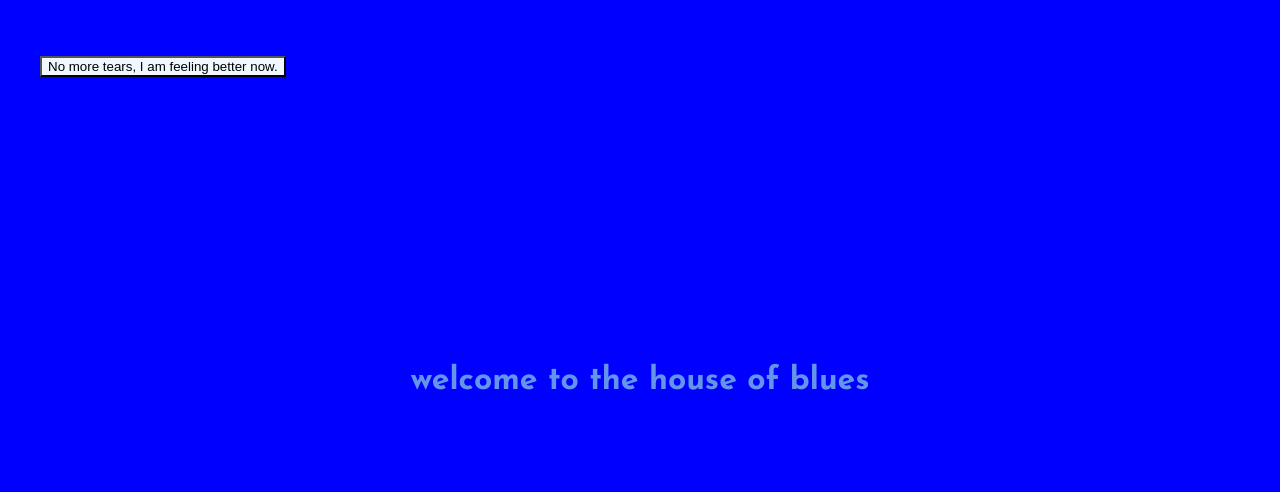
Repository: olivia-clarkeedwards/house-of-blues
Page: index.html
An editor plug-in stored every save of this project. The page is shown before and after a run of saves, followed by the edit.
The browser window is 1280 px wide. The pictures show the whole page.

Above is the page before, as saved 2023-02-16 12:43:23.

### index.html
<!DOCTYPE html>
<html>
  <head>
    <title>house of blues</title>
    <link rel="stylesheet" href="main.css">
    <link rel="preconnect" href="https://fonts.googleapis.com">
    <link rel="preconnect" href="https://fonts.gstatic.com" crossorigin>
    <link href="https://fonts.googleapis.com/css2?family=Josefin+Sans:wght@700&display=swap" rel="stylesheet">
  </head>
  <body id = 'background'>
      <h1 id = 'main-title'>welcome to the house of blues</h1>
      <p id="audio"></p>
      <button>No more tears, I am feeling better now.</button>
  </body>
  <script src="index.js" type="text/javascript"></script>
</html>

### main.css
body {
  color: cornflowerblue;
  background-color: blue;
  margin: 0;
  padding: 0;
  height: 100%;
  width: 100%;
  font-family: 'Josefin Sans', sans-serif;
}

* {
  box-sizing: border-box;
}

h1 {
  position: absolute;
  top: 50%;
  left: 50%;
  transform: translate(-50%, -50%);
  user-select: none;
}

p {
  display: hidden;
}

button{
  position: absolute;
  margin:40px;
  background-color: aliceblue;
}

.drop {
  width: 20px;
  height: 20px;
  position: fixed;
  border-radius: 80% 0 55% 50% / 55% 0 80% 50%;
  z-index: -1;
  top: -1vh;
  font-size: 2rem;
  background-color: rgba(0, 255, 255, 0.406);
  transform: translateY(0);
  animation: fall 10s linear forwards;
  transform: rotate(-45deg);

  /* Remove ability to highlight drops */
  -webkit-touch-callout: none;
  -webkit-user-select: none;
  -khtml-user-select: none;
  -moz-user-select: none;
  -ms-user-select: none;
  user-select: none;
}

@keyframes fall {
  to {
    transform: translateY(101vh);
  }
}

### index.js
/*--------------------------------------/
    Welcome to the house of blues
/--------------------------------------*/
// Copyright 2023 Olivia Clarke-Edwards. //

const mainTitle = document.getElementById('main-title')
const background = document.getElementById('background')
const audioBG = document.getElementById('audio')

let count = 0
const featureTime = 3
const numEggs = 2 //to add a feature, increment this number by 1 and add feature to blueEasterEgg function in the switch statement

document.onclick = changeBlues

function changeBlues() {
  mainTitle.style.color = getRandomBlueColor()
  background.style.backgroundColor = getRandomBlueColor()
  if (count == featureTime) {
    blueEasterEgg()
    count = 0
  }
  count++
}

function getRandomBlueColor() {
  let hue = Math.floor(Math.random() * 30 + 185)
  let saturation = Math.floor(Math.random() * 60 + 40)
  let lightness = Math.floor(Math.random() * 60 + 20)
  return `hsl(${hue}, ${saturation}%, ${lightness}%)`
}

function blueEasterEgg() {
  let randomEgg = getRandom(numEggs)
  console.log(randomEgg);
  switch (randomEgg) {
    case 0:
      heyBaby()
      if (mainTitle.innerHTML === "let those teardrops fall") {
        setInterval(generateTearDrops, 200);

      }
      break
    case 1:
      heyBaby()
      if (mainTitle.innerHTML === "let those teardrops fall") {
        setInterval(generateTearDrops, 200);
      }
      ettaJ()
      break
  }
  //add extra features here
}

function getRandom(max) {
  return Math.floor(Math.random() * max)
}

const sayingsArray = [
  'let it out',
  "hey baby, don't worry,<br> it ain't nothing but the blues",
  'let those teardrops fall',
  'just cry, darling',
]

function heyBaby() {
  mainTitle.innerHTML = sayingsArray[getRandom(sayingsArray.length)]
}

function ettaJ() {
  if (!audioBG.classList.contains('etta')) {
    let ettaJames =
      '<audio autoplay loop src="etta-james-id-rather-go-blind.wav" type="audio/wav" alt="Etta James - I\'d Rather Go Blind">No Sound</audio>'
    audioBG.innerHTML = ettaJames
    audioBG.classList.add('etta')
  }
}

function generateTearDrops (params) {
  const drop = document.createElement("div");
  drop.classList.add("drop")
  drop.style.left = Math.random() * 100 + "vw";
  drop.style.animationDuration =  Math.random() * 2 + 2 + "s"
  document.body.appendChild(drop)

}

After the next 6 saves:
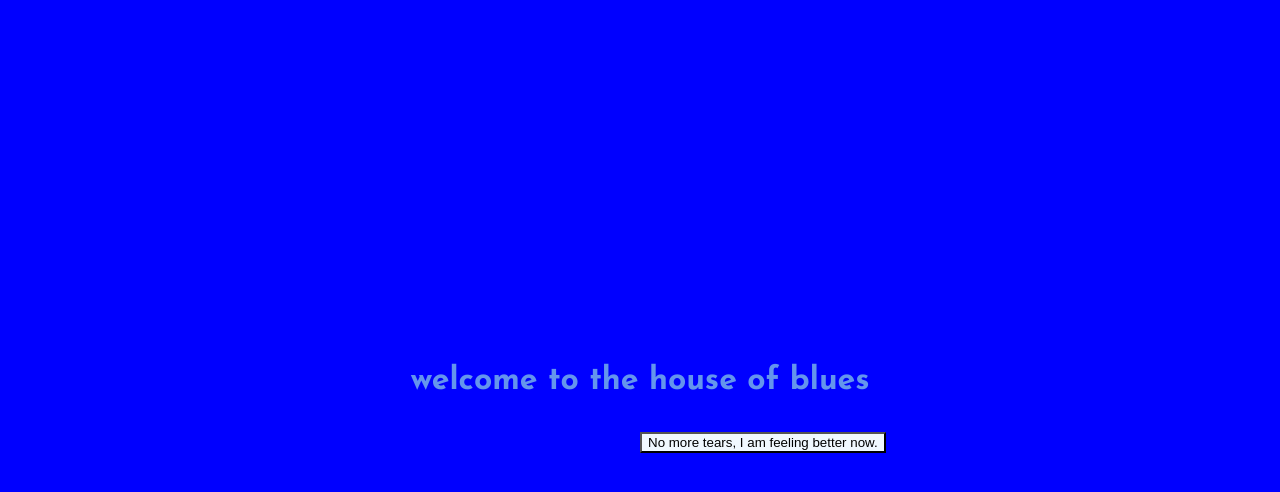
The 6 saves are shown as one change because they came seconds apart.
The last was saved 17 s later.
--- a/main.css
+++ b/main.css
@@ -5,7 +5,7 @@
   padding: 0;
   height: 100%;
   width: 100%;
-  font-family: 'Josefin Sans', sans-serif;
+  font-family: "Josefin Sans", sans-serif;
 }
 
 * {
@@ -24,9 +24,10 @@
   display: hidden;
 }
 
-button{
+button {
   position: absolute;
-  margin:40px;
+  top: 60%;
+  left: 50%;
   background-color: aliceblue;
 }
 
